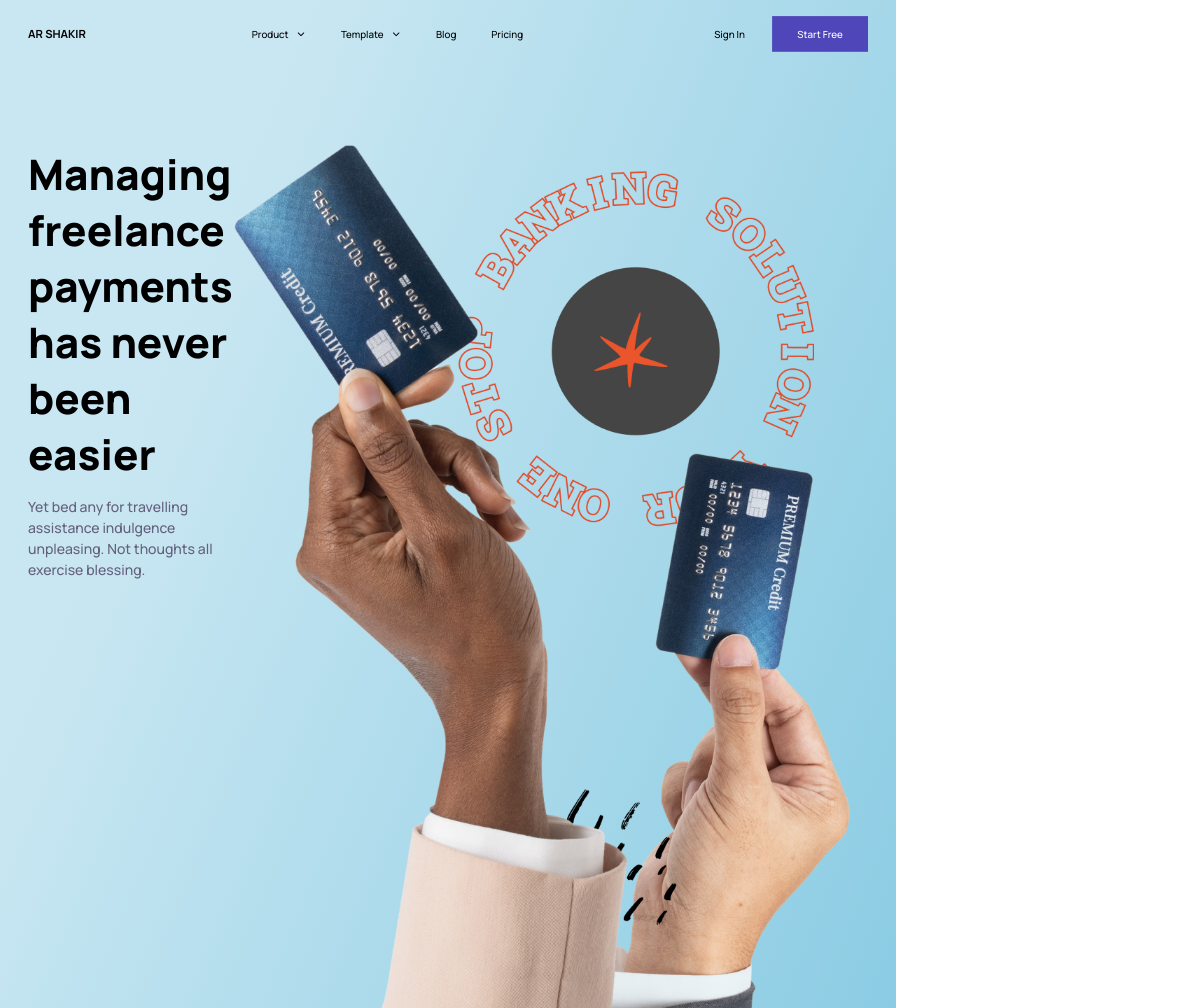
Repository: duongdori/ARShakir
Page: index.html
These files come from the project's save history. The page is drawn as it stood at one moment and after the next save; the edit follows.
The browser window is 1280 px wide. The page is 1350 px wide, then 1704 px, so the pictures cover 1704 px, including what lies to the right of the window. The pictures show the part of the page from y = 0 to 1440 px (the page is 1990 px tall), at 70% of full size.

Above is the page before, as saved 2022-04-01 23:12:56.

### index.html
<!DOCTYPE html>
<html lang="en">
<head>
    <meta charset="UTF-8">
    <meta http-equiv="X-UA-Compatible" content="IE=edge">
    <meta name="viewport" content="width=device-width, initial-scale=1.0">
    <title>Document</title>
    <link rel="preconnect" href="https://fonts.googleapis.com">
    <link rel="preconnect" href="https://fonts.gstatic.com" crossorigin>
    <link href="https://fonts.googleapis.com/css2?family=Manrope:wght@400;500;600;700;800&display=swap" rel="stylesheet">

    <link rel="stylesheet" href="./assets/css/main.css">
</head>
<body>
    <div class="wrapper">
        <header class="header">
            <div class="header-top">
                <div class="container">
                    <div class="header-logo">AR Shakir</div>
                    <ul class="header-menu">
                        <li class="header-menu-item">
                            <a href="#" class="header-menu-item-link">Product</a>
                            <a href="#" class="header-menu-item-icon">
                                <ion-icon name="ios-arrow-down"></ion-icon>
                            </a>
                        </li>
                        <li class="header-menu-item">
                            <a href="#" class="header-menu-item-link">Template</a>
                            <a href="#" class="header-menu-item-icon">
                                <ion-icon name="ios-arrow-down"></ion-icon>
                            </a>
                        </li>
                        <li class="header-menu-item">
                            <a href="#" class="header-menu-item-link">Blog</a>
                        </li>
                        <li class="header-menu-item">
                            <a href="#" class="header-menu-item-link">Pricing</a>
                        </li>
                    </ul>
                    <div class="header-login">
                        <a href="#" class="header-login-signin">Sign In</a>
                        <a href="#" class="header-login-startfree">Start Free</a>
                    </div>
                </div>
            </div>
            <div class="container">
                <div class="header-main">
                    <div class="header-content">
                        <h1 class="header-content-heading">
                            Managing freelance payments has never been easier
                        </h1>
                        <p class="header-content-desc">
                            Yet bed any for travelling assistance indulgence unpleasing. Not thoughts all exercise blessing.
                        </p>
                    </div>
                    <img src="./assets/images/img1.png" class="header-img" alt="">
                </div>
            </div>
        </header>
    </div>
</body>
<script  src = "https://unpkg.com/ionicons@4.5.10-0/dist/ionicons.js" > </script >
</html>

### assets/css/main.css
*, *::before, *::after {
  box-sizing: border-box;
}
* {
  margin: 0;
}

html, body {
  height: 100%;
}
body {
  line-height: 1.5;
  -webkit-font-smoothing: antialiased;
  -webkit-tap-highlight-color: rgba(0,0,0,0);
}

img, picture, video, canvas, svg {
  display: block;
  max-width: 100%;
}
input, button, textarea, select {
  font: inherit;
  outline: none;
  border: none;
}
p, h1, h2, h3, h4, h5, h6 {
  overflow-wrap: break-word;
}

:root {
    --primary-font: "Manrope";
    --primary-text-color: #000;
}
body {
    font-family: var(--primary-font);
    font-weight: 500;
}

.wrapper {
    max-width: 1440px;
    margin: 0 auto;
}

.container {
    max-width: 1200px;
    margin: 0 auto;
}

.header{
    background: linear-gradient(292.12deg, #62BADA -35.02%, #C9E7F2 78.96%);
}

.header-top{
    padding-top: 38px;
}

.header-top .container {
    display:flex;
    justify-content: space-between;
    align-items: center;
}

.header-logo{
    font-weight: 700;
    font-style: 20px;
    line-height: calc(25 / 20);
    text-transform: uppercase;
    color: var(--primary-text-color);
}

.header-menu{
    display:flex;
    align-items: center;
    list-style: none;
    font-weight: 500;
    font-size: 14px;
    line-height: calc(19 / 14);
    padding: 0;
    margin-left: -50px;

}

.header-menu-item{
    margin-left: 50px;
}

.header-menu-item-link{
    color: var(--primary-text-color);
    text-decoration: none;

}

.header-menu-item-icon {
    color: var(--primary-text-color);
    margin-left: 8px;
    display: inline;
    top: 2px;
    position: relative;
}

.header-login{
    font-size: 14px;
    line-height: calc(19 / 14);
}

.header-login-signin{
    color: var(--primary-text-color);
    text-decoration: none;
    padding: 16px 36px;

}

.header-login-startfree{
    color: #fff;
    text-decoration: none;
    background-color: #4F46BA;
    padding: 16px 36px;

}


.header-main {
    display: flex;
}

.header-content {
    max-width: 646px;
    width: 100%;
    margin-top: 150px;
    flex: 1;
}

.header-content-heading {
    font-size: 60px;
    font-weight: 800;
    line-height: calc(80 / 60);
    color: var(--primary-text-color);
}

.header-content-desc {
    margin-top: 22px;
    font-size: 20px;
    line-height: calc(30 / 20);
    color: #64607D;
}

.header-img {

}

After the next save:
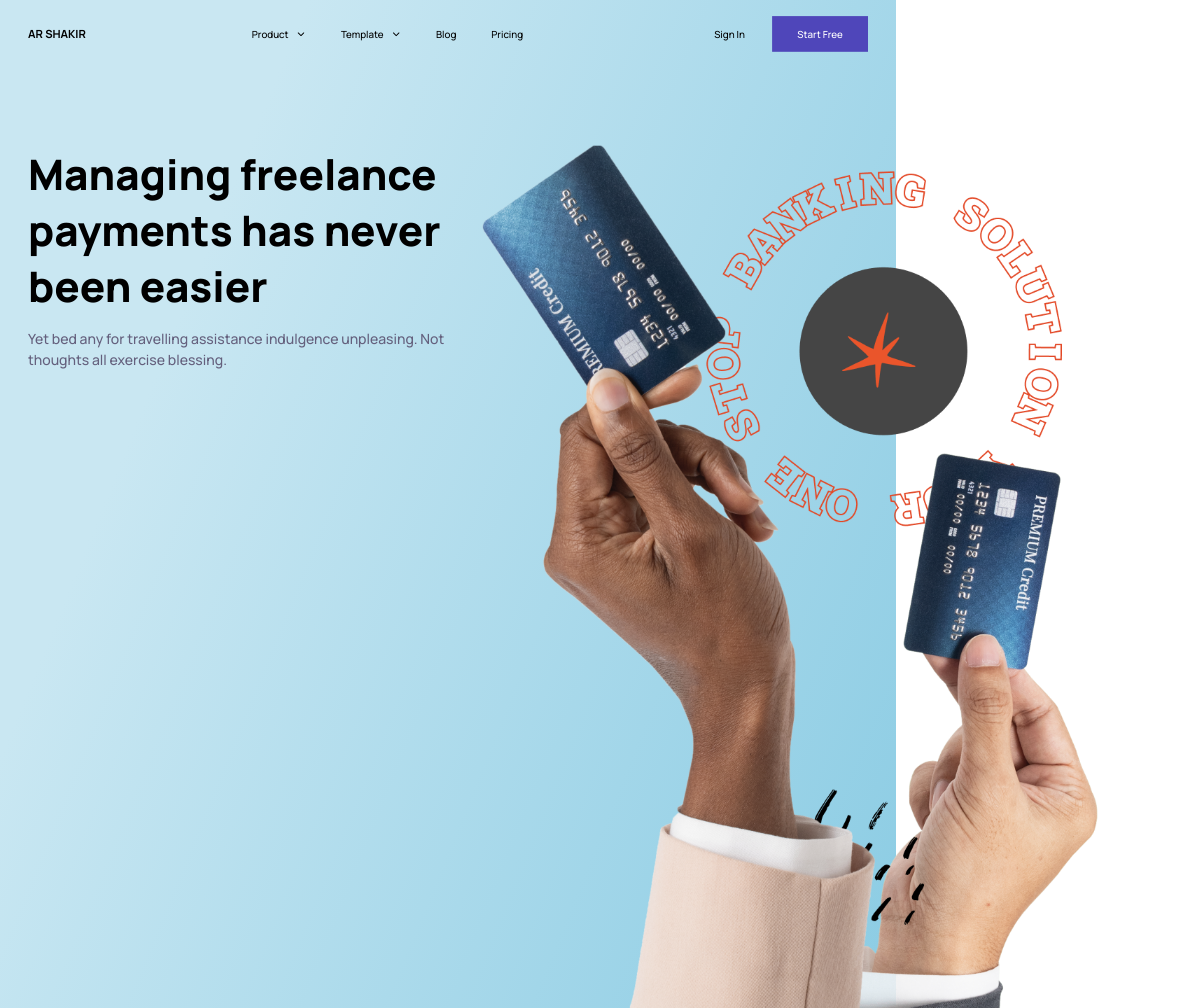
Saved 14 s later.
--- a/assets/css/main.css
+++ b/assets/css/main.css
@@ -127,7 +127,7 @@ body {
     max-width: 646px;
     width: 100%;
     margin-top: 150px;
-    flex: 1;
+    flex-shrink: 0;
 }
 
 .header-content-heading {
